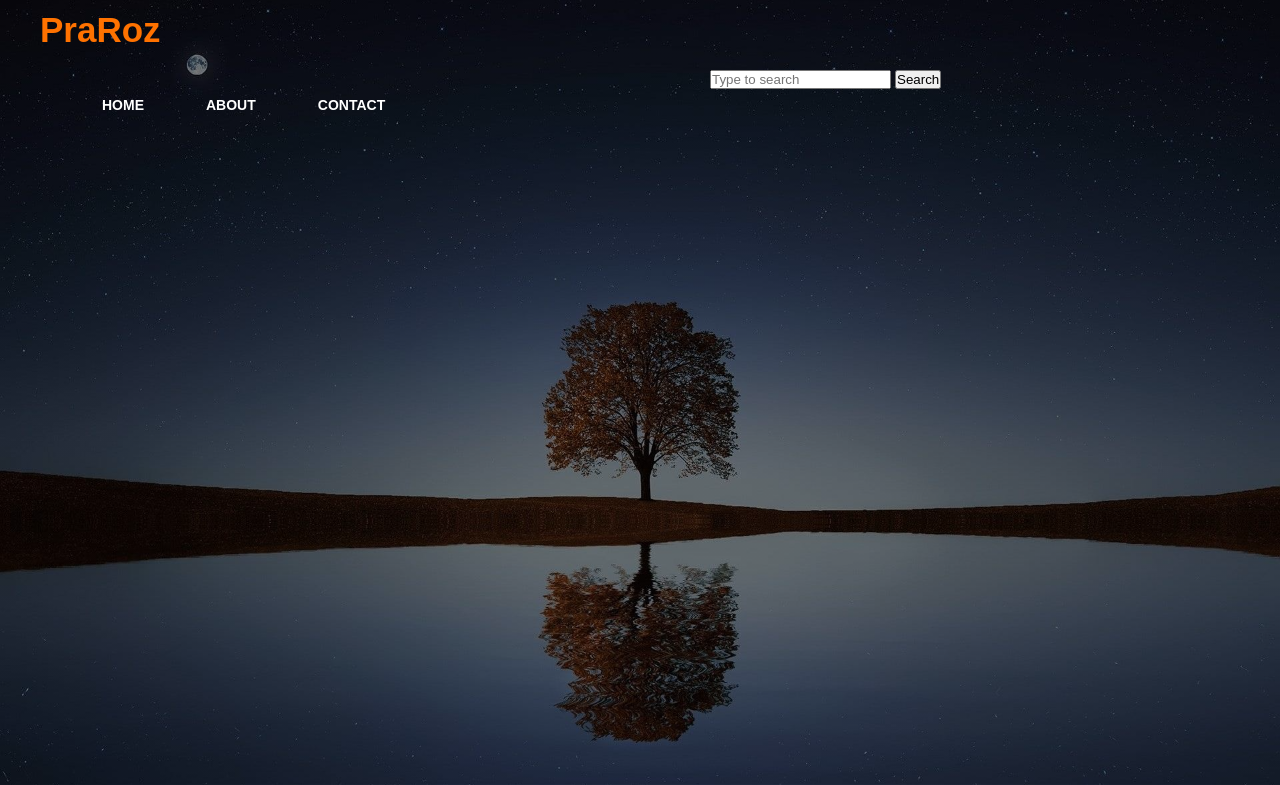
Repository: Cedrqmwesigwa/web-design-course
Page: index.html
The author's editor kept a copy of each file at every save. The page is drawn from the files as they stood at one save, then again after the next save.
The browser window is 1280 px wide. The pictures show the whole page.

Above is the page before, as saved 2024-04-03 19:52:33.

After the next save:
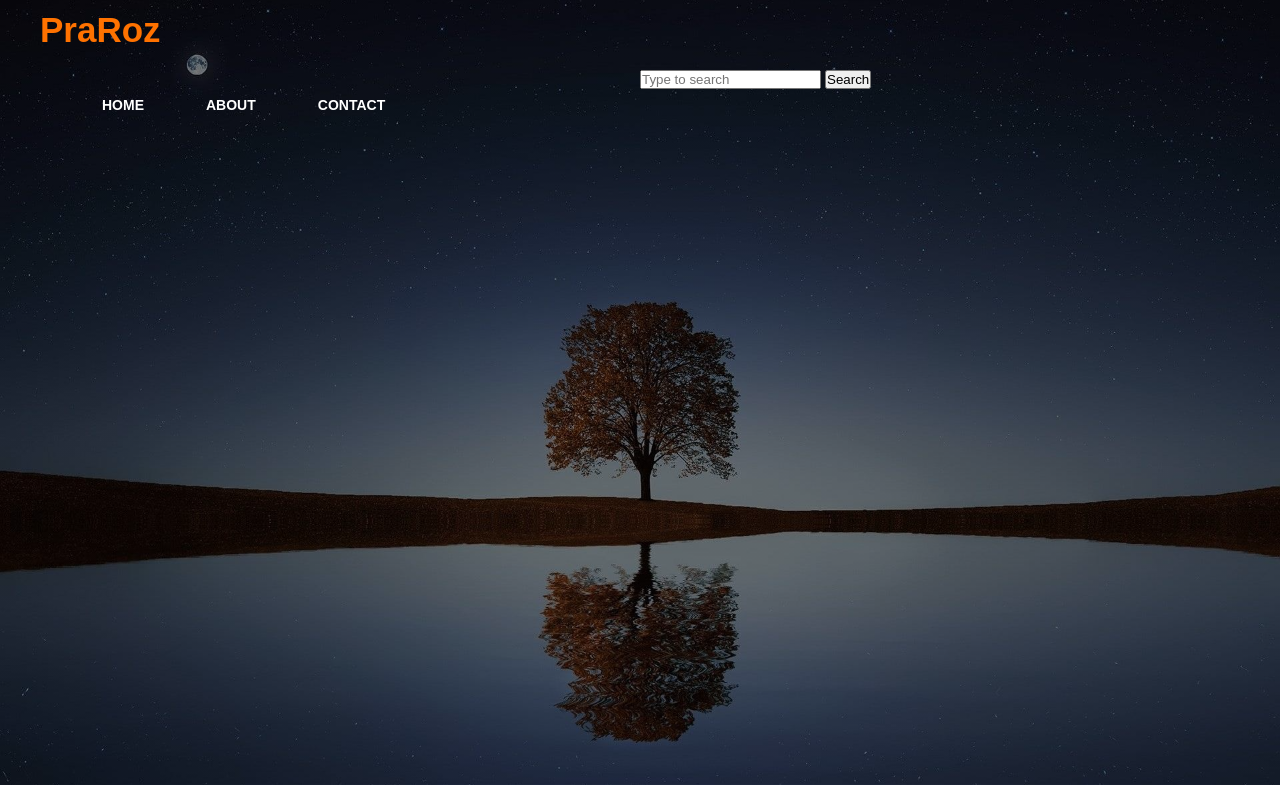
Saved 17 s later.
--- a/style.css
+++ b/style.css
@@ -66,5 +66,5 @@ ul li a:hover{
 .search{
     width: 330px;
     float: left;
-    margin-left: 270px;
+    margin-left: 200px;
 }
